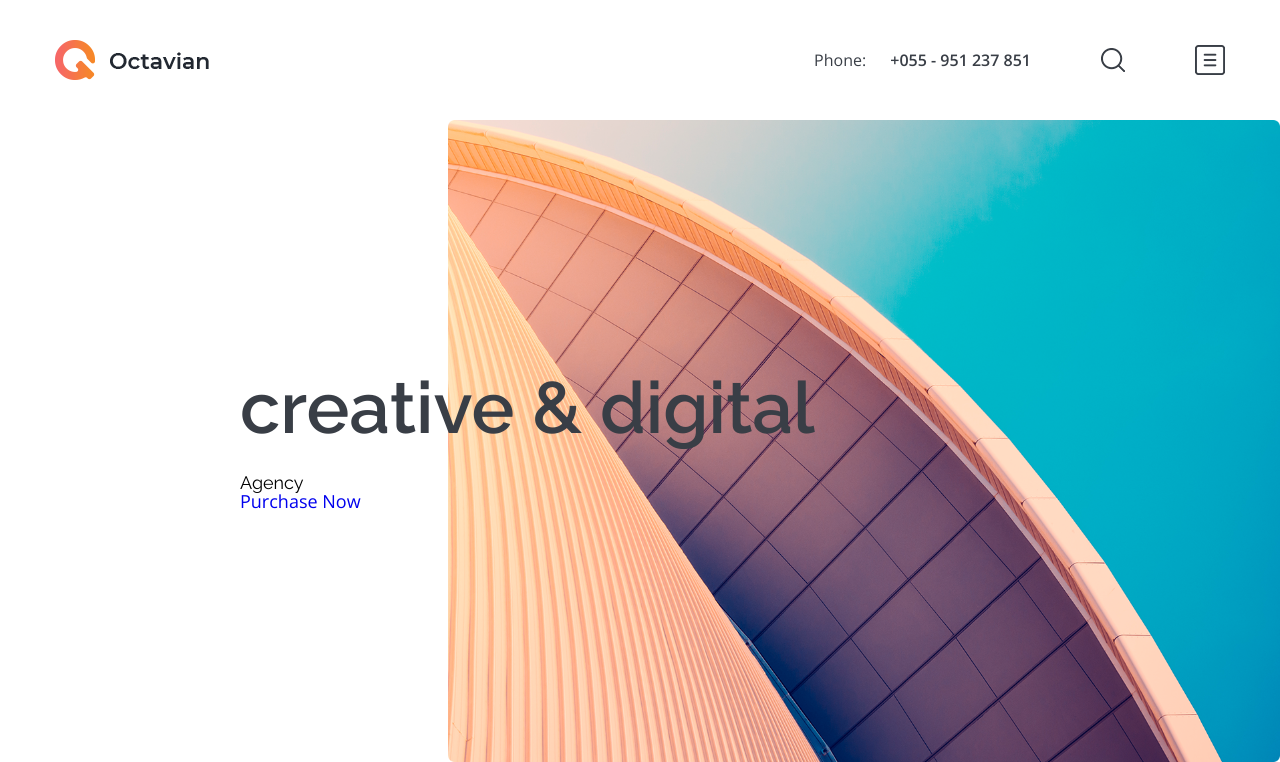
Repository: huydev0401/octavian-1
Page: index.html
An editor plug-in stored every save of this project. The page is shown before and after the next save, followed by the edit.
The browser window is 1280 px wide. The pictures show the whole page.
The style sheet was rebuilt from its Sass, Less or Tailwind sources for each picture, by a compiler version that may differ from the author's.

Above is the page before, as saved 2021-09-02 13:49:10.

After the next save:
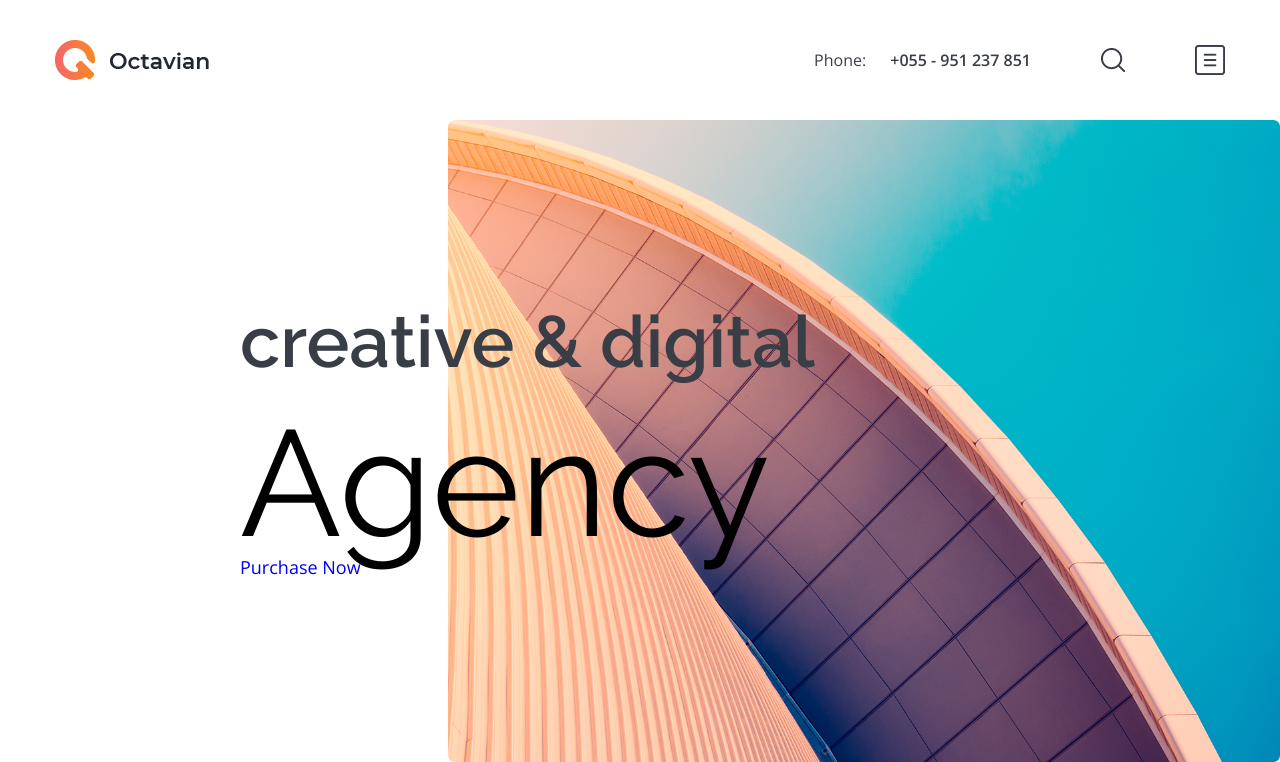
Saved 21 s later.
--- a/scss/_hero.scss
+++ b/scss/_hero.scss
@@ -16,4 +16,7 @@
     font-weight: 600;
     margin-bottom: 30px;
   }
+  &-heading {
+    font-size: 150px;
+  }
 }
